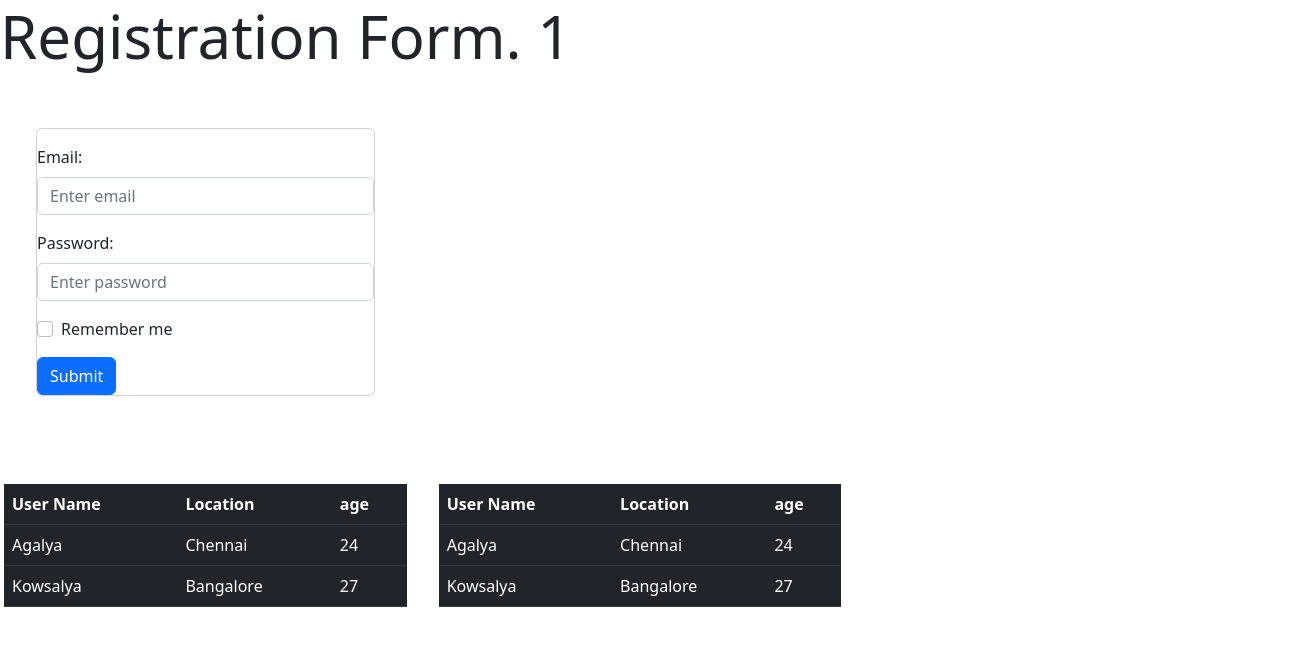
Repository: rajeshkannane/java1
Page: Form/public/index.html
The author's editor kept a copy of each file at every save. The page is drawn from the files as they stood at one save, then again after the next save.
The browser window is 1280 px wide. The page is 1292 px wide, so the pictures cover 1292 px, including what lies to the right of the window. The pictures show the whole page.

Above is the page before, as saved 2022-11-16 12:30:10.

After the next save:
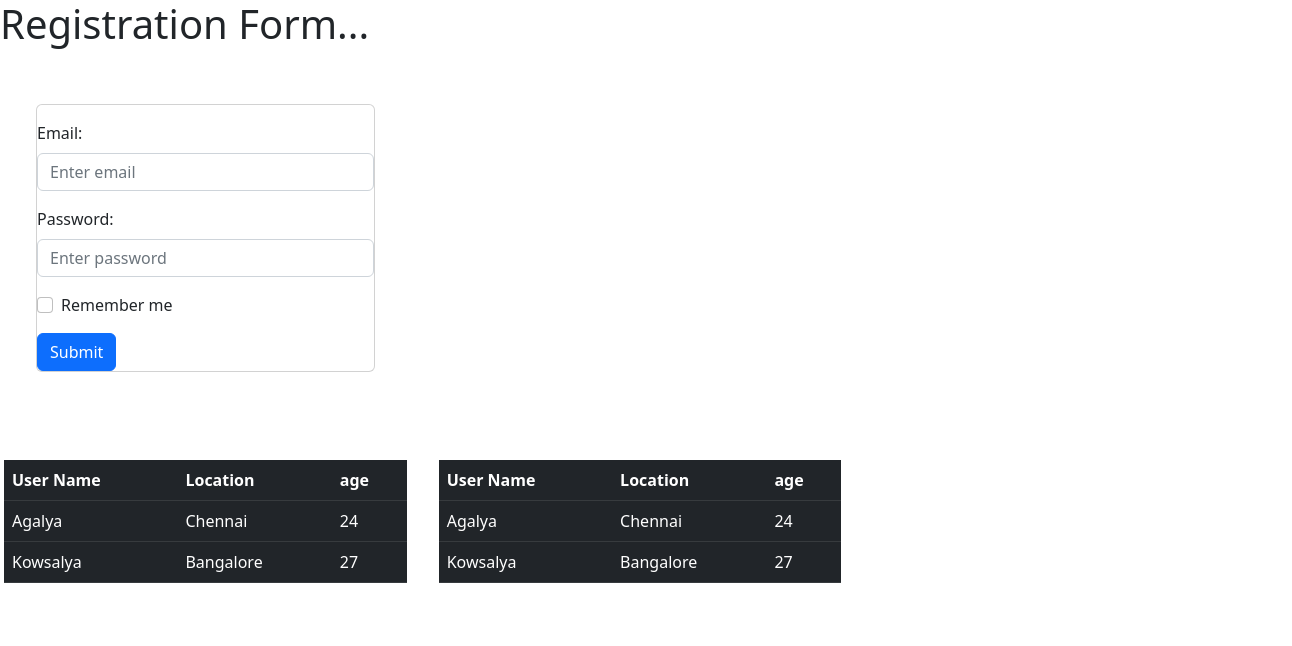
Saved 24 s later.
--- a/Form/public/index.html
+++ b/Form/public/index.html
@@ -5,7 +5,7 @@
             <title>Form Demo</title>
             <link href="https://cdn.jsdelivr.net/npm/bootstrap@5.2.2/dist/css/bootstrap.min.css" rel="stylesheet">
         </head>
-       <h1 style="font-size:60px;">Registration Form. 1</h1>
+       <h1 style="font-size:40px;">Registration Form...</h1>
 
 
 <body>
